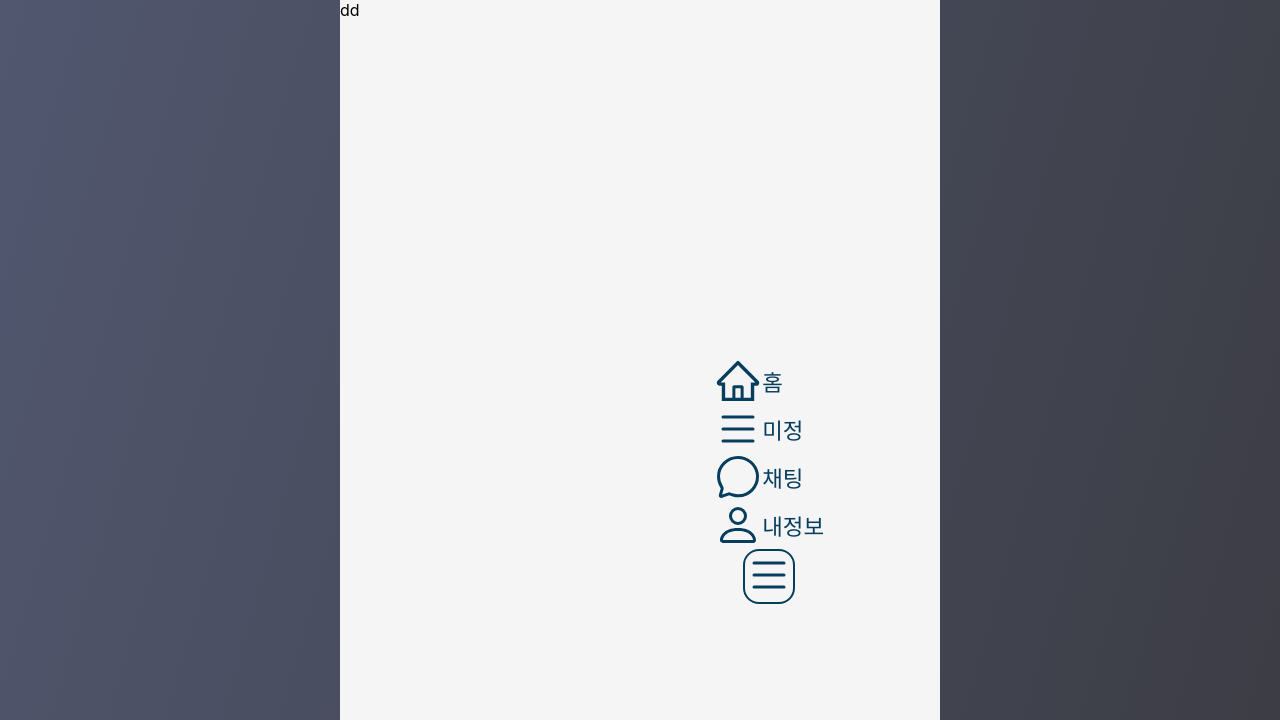
Repository: SeungYn/hanium
Page: /
An editor plug-in stored every save of this project. The page is shown before and after the next save, followed by the edit.
The browser window is 1280 px wide. The pictures show the whole page.
The project was rebuilt for these pictures with package versions that can differ from the ones it lists, and the page was loaded fresh each time. Also part of the build but not shown: src/App.css, src/components/ReadPopup/ReadPopup.module.css, src/components/ReadPopup/ReadPopup.jsx, src/pages/login/Login.jsx.

Above is the page before, as saved 2022-10-27 13:58:09.

After the next save:
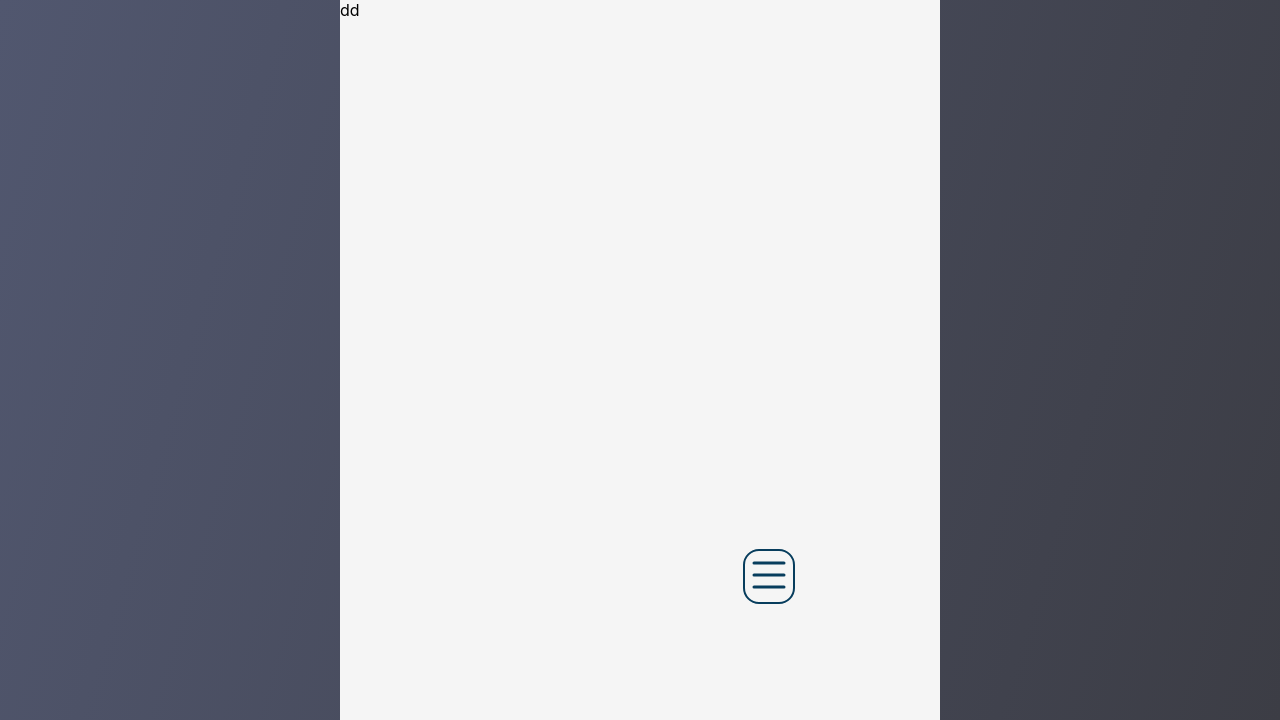
Saved 7 s later.
--- a/src/components/Navbar/Navbar.module.css
+++ b/src/components/Navbar/Navbar.module.css
@@ -28,7 +28,7 @@
   overflow: hidden;
 
   min-height: 0;
-  bottom: 10px;
+  height: 0;
 }
 
 .navAppear {

After the 3 saves that followed:
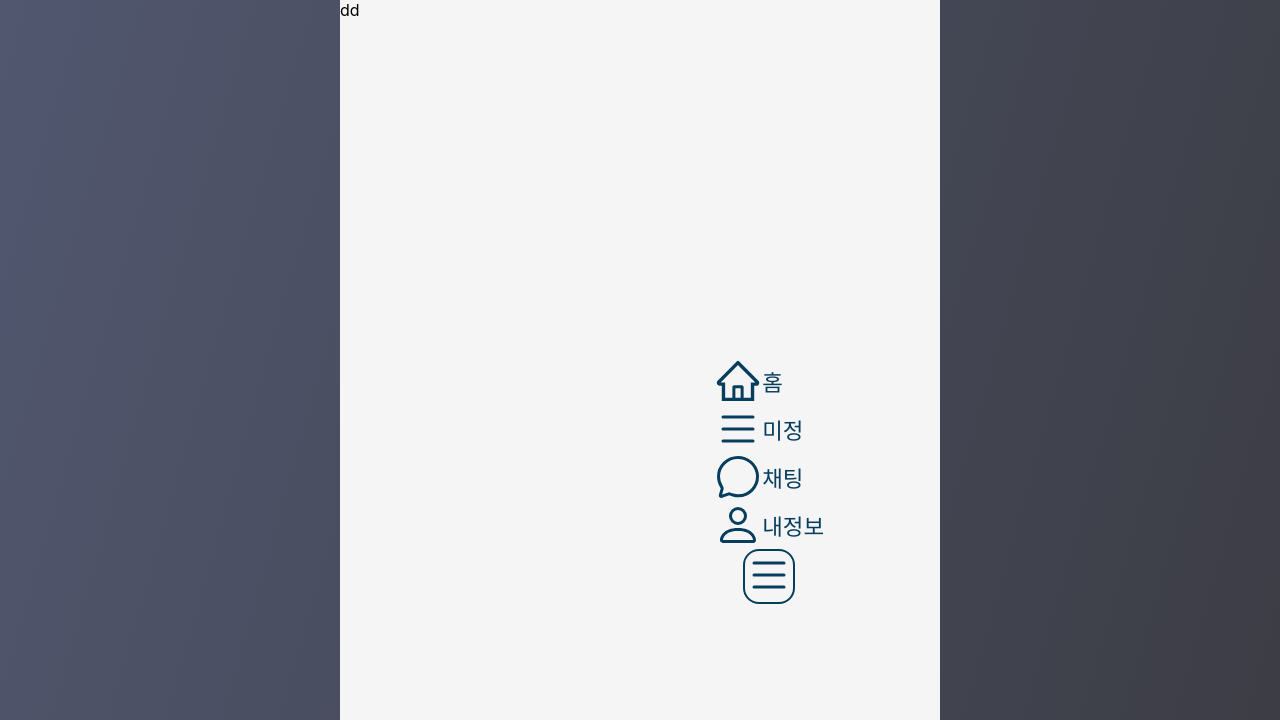
The 3 saves are shown as one change because 1 left the picture as it was and some came seconds apart.
The last was saved 19 s later.
--- a/src/components/Navbar/Navbar.module.css
+++ b/src/components/Navbar/Navbar.module.css
@@ -28,7 +28,7 @@
   overflow: hidden;
 
   min-height: 0;
-  height: 0;
+  height: 80;
 }
 
 .navAppear {
